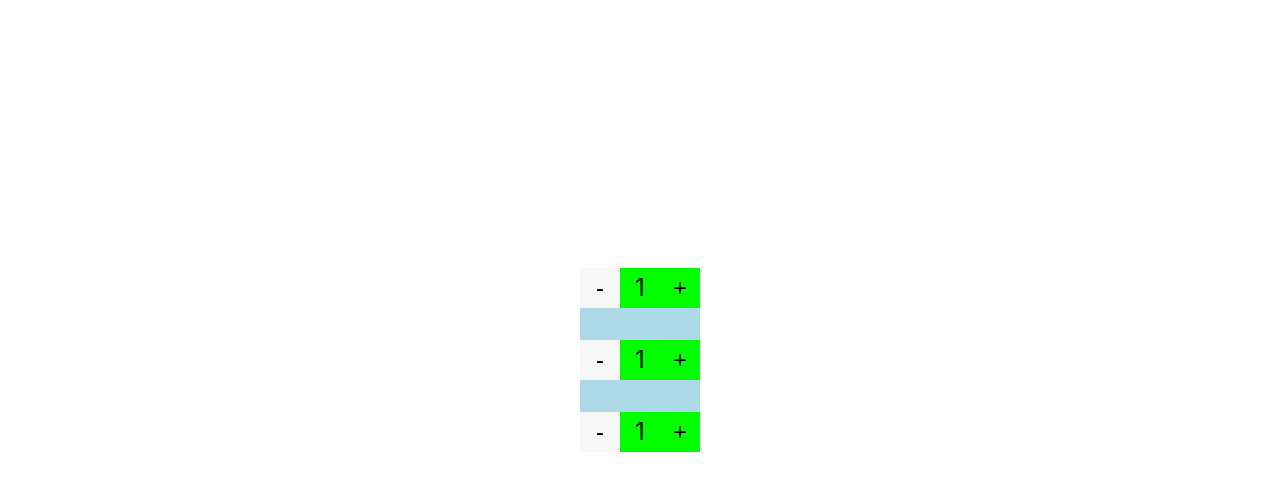
Repository: max535/test-task-netrika
Page: /
These files come from the project's save history. The page is drawn as it stood at one moment and after the next save; the edit follows.
The browser window is 1280 px wide. The pictures show the whole page.
The project was rebuilt for these pictures with package versions that can differ from the ones it lists, and the page was loaded fresh each time.

Above is the page before, as saved 2021-10-16 07:37:19.

### public/index.html
<!DOCTYPE html>
<html lang="en">
  <head>
    <meta charset="utf-8" />
    <meta name="viewport" content="width=device-width, initial-scale=1" />
    <title>Тестовые задания</title>
  </head>
  <body>
    <div id="root"></div>
  </body>
</html>

### src/App.js
import React from 'react';
import Counter from './Counter/Counter';
import './App.css';

function App() {
  return (
    <div className="App">
      <div className="Frame">
        <Counter className="White" />
        <Counter className="Red" />
        <Counter className="Lime" />
      </div>
    </div>
  );
}

export default App;

### src/Counter/Counter.js
import React, { useState } from 'react';
import "./Counter.css";

const Counter = () => {
    const [count, setCount] = useState(1);

    const handleIncrement = () => {
        setCount(count + 1);
    }

    const handleDecrement = () => {
        setCount(count - 1);
    }

    return (
        <div className="Counter">
            <button className="Decrement" onClick={handleDecrement}>-</button>
            <div className="Count">{count}</div>
            <button className="Increment" onClick={handleIncrement}>+</button>
        </div>
    );
}

export default Counter;

### src/App.css
.App {
  position: fixed;
  top: 0;
  left: 0;
  width: 100%;
  height: 100%;
  display: flex;
  flex-direction: column;
  justify-content: center;
  align-items: center;
}

### src/Counter/Counter.css
.Frame {
    display: flex;
    flex-direction: column;
    justify-content: space-between;
    align-items: center;
    width: 120px;
    height: 184px;
    background-color: lightblue;
}


.Counter {
    display: flex;
    flex-direction: row;
    justify-content: space-between;
    width: 120px;
    height: 40px;
    background-color: lime;
    border: 0;
    border-radius: 50px;

}

.Decrement, .Increment {
    width: 40px;
    height: 40px;
    border: none;
    background-color: inherit;
    font-size: 24px;
}

.Decrement, .Increment:hover {
    background-color: #F7F7F7;
}

/* .Increment {
    width: 40px;
    height: 40px;
} */

.Count {
    width: 40px;
    height: 40px;
    font-size: 24px;
    text-align: center;
    margin-top: 5px;
}

Loaded but not shown: src/index.js (common file); src/index.css (common file)

After the next save:
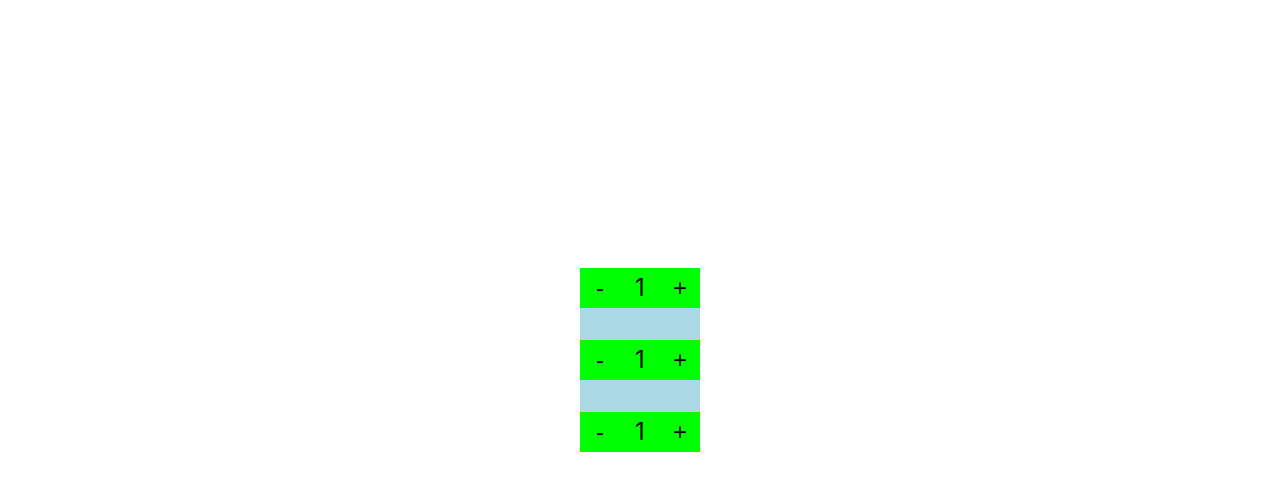
Saved 10 s later.
--- a/src/Counter/Counter.css
+++ b/src/Counter/Counter.css
@@ -29,7 +29,7 @@
     font-size: 24px;
 }
 
-.Decrement, .Increment:hover {
+.Increment:hover {
     background-color: #F7F7F7;
 }
 
